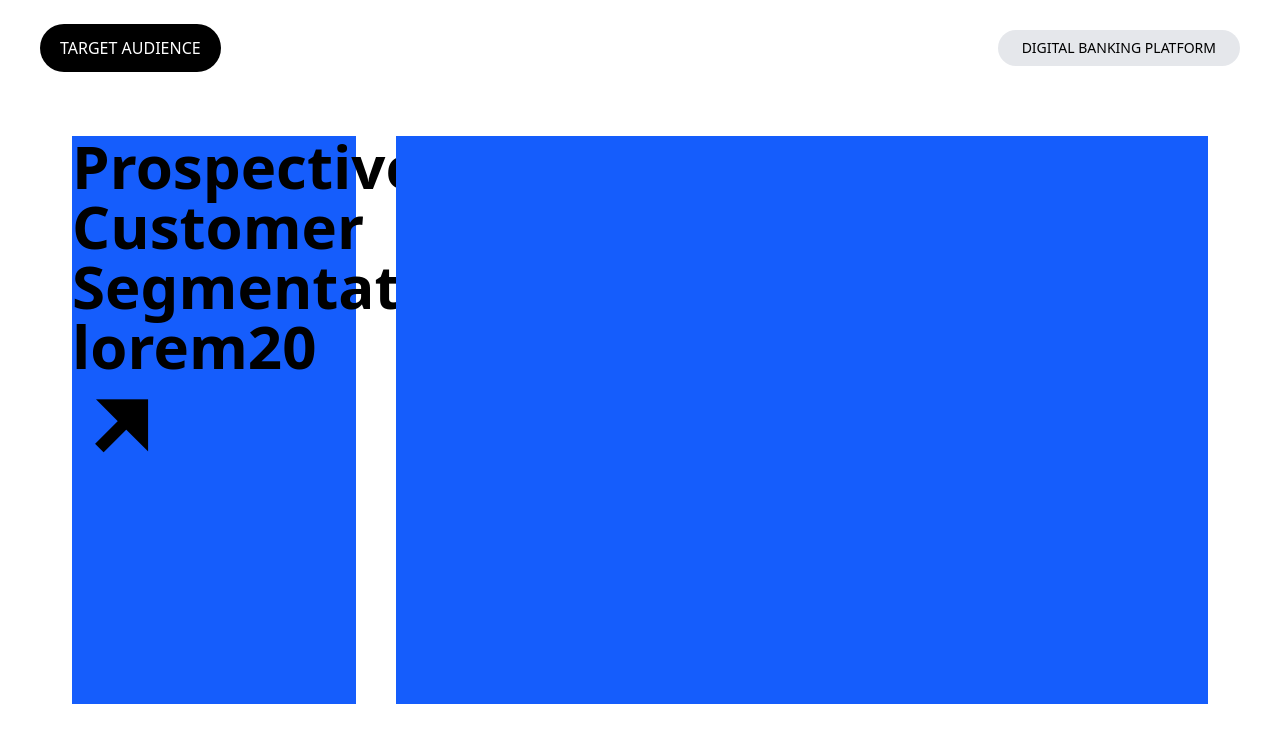
Repository: Mohitkumar1322/ReactTut
Page: / (app in projectSher1/)
These files come from the project's save history. The page is drawn as it stood at one moment and after a run of saves; the edit follows.
The browser window is 1280 px wide. The pictures show the whole page.
The project was rebuilt for these pictures with package versions that can differ from the ones it lists, and the page was loaded fresh each time. Also part of the build but not shown: projectSher1/vite.config.js.

Above is the page before, as saved 2025-11-16 14:06:35.

After the next 5 saves:
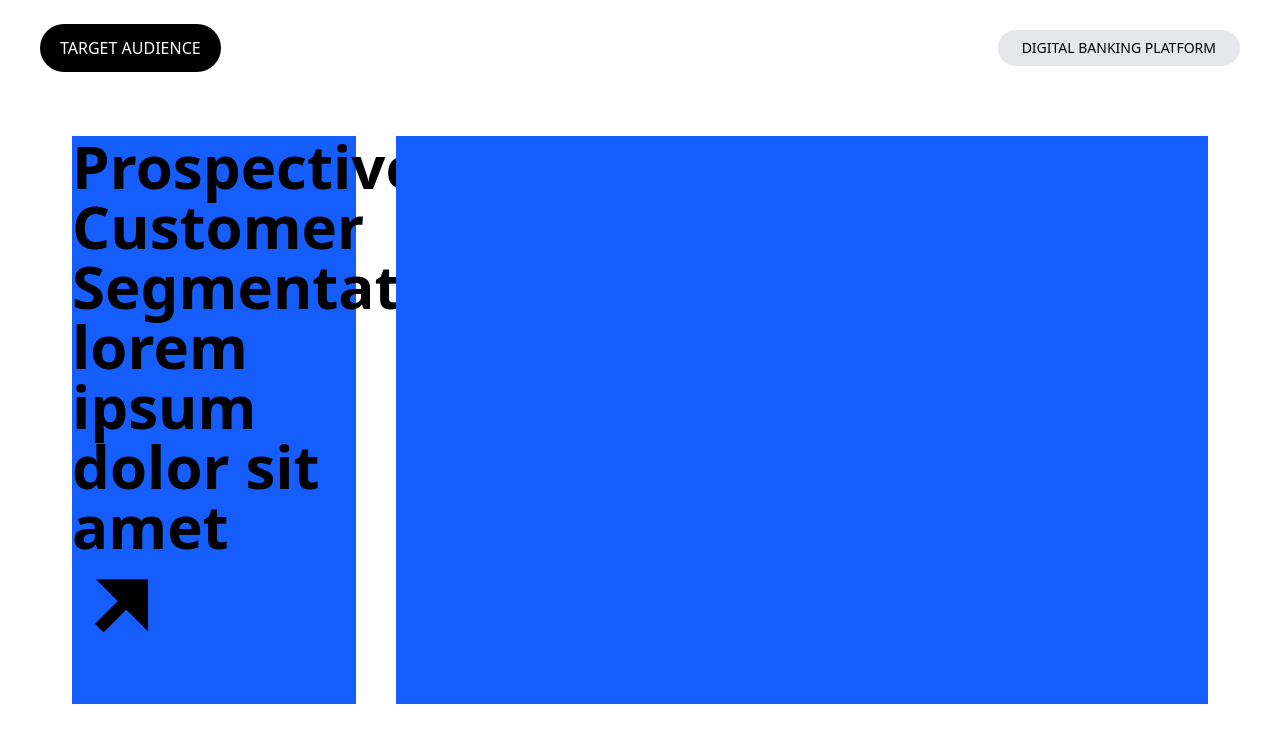
The 5 saves are shown as one change because they came seconds apart.
The last was saved 12 s later.
--- a/projectSher1/src/components/Section1/LeftContent.jsx
+++ b/projectSher1/src/components/Section1/LeftContent.jsx
@@ -7,8 +7,7 @@ const LeftContent = () => {
         <h3>
             Prospective<br></br> <span>Customer</span> <br />Segmentation
         </h3>
-        <p>lorem20
-
+        <p>lorem ipsum dolor sit amet
         </p>
       </div>
       <div className='text-8xl'>
